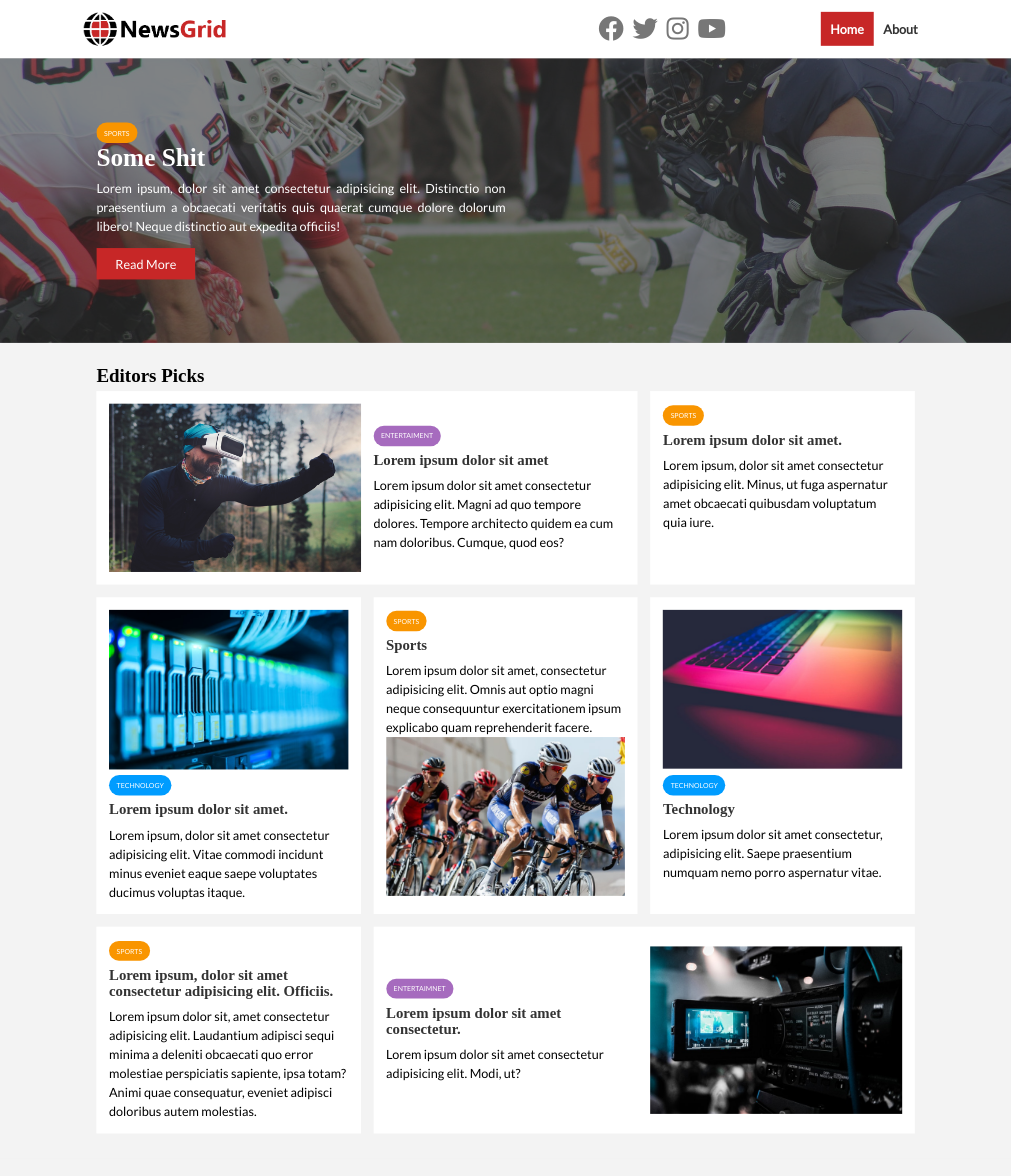
Repository: EswinGiova/NewsGrid
Page: index.html
An editor plug-in stored every save of this project. The page is shown before and after the next save, followed by the edit.
The browser window is 1280 px wide. The pictures show the whole page, at 79% of full size.
Some web libraries are served in a nearby version.

Above is the page before, as saved 2020-09-19 21:16:17.

After the next save:
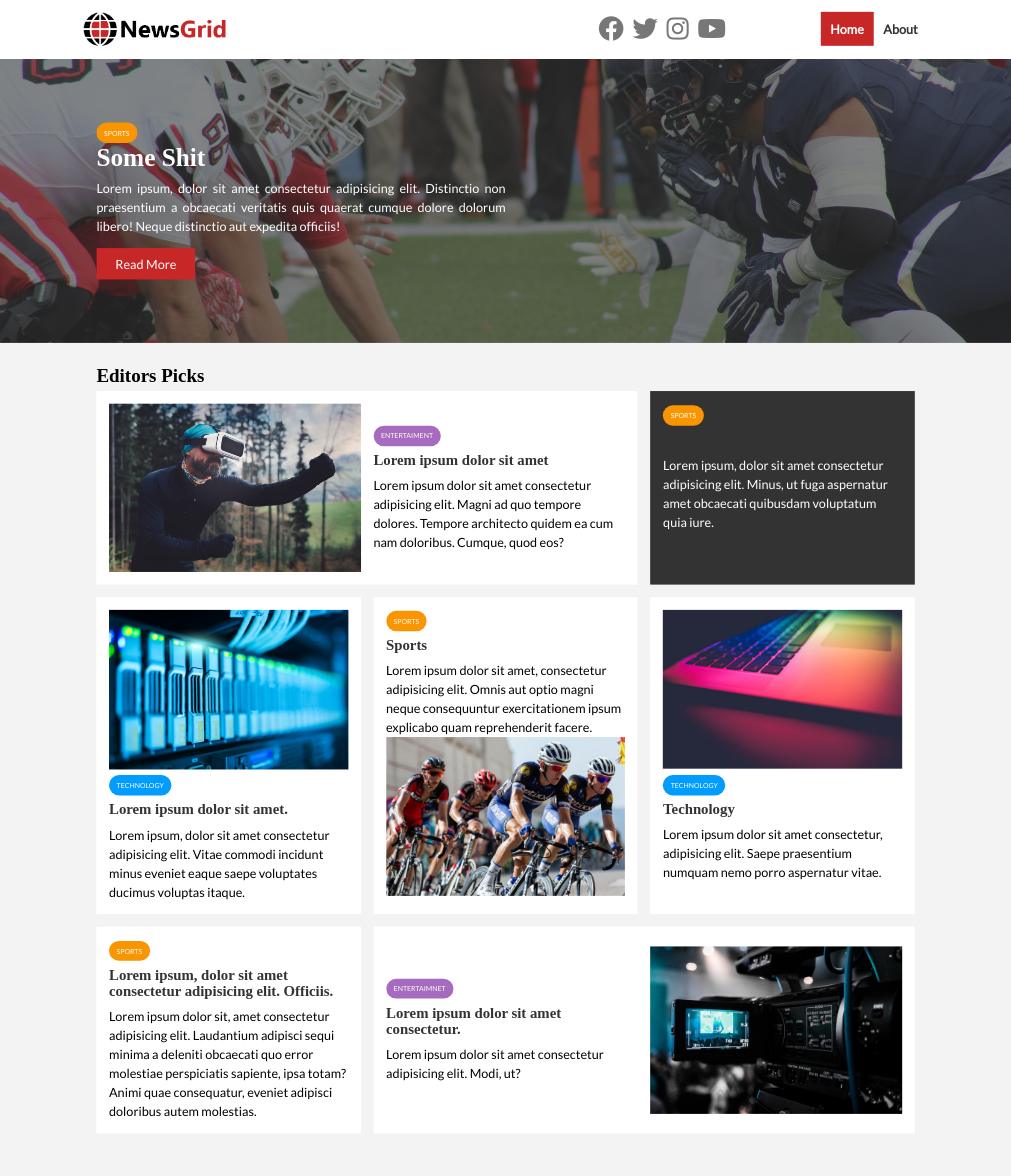
Saved 62 s later.
--- a/index.html
+++ b/index.html
@@ -78,7 +78,7 @@
               </p>
             </div>
           </article>
-          <article class="card">
+          <article class="card bg-dark">
             <div class="category category-sports">Sports</div>
             <h3>
               <a href="./article.html">Lorem ipsum dolor sit amet.</a>
